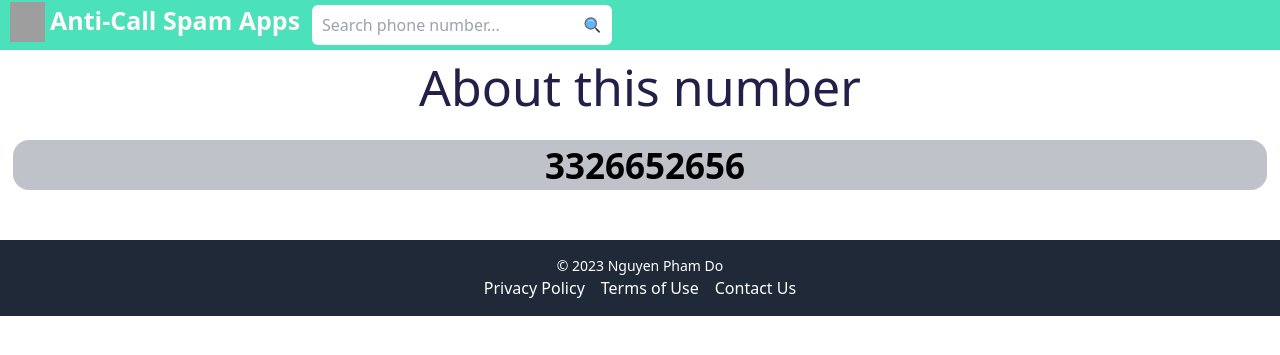
Repository: NPham1402/Web-user-callSpamBlocker
Page: /detail
An editor plug-in stored every save of this project. The page is shown before and after the next save, followed by the edit.
The browser window is 1280 px wide. The pictures show the whole page.
Pictures or frames that could not be fetched are drawn as grey boxes. The page's requests for data from a server got no answer. The project was rebuilt for these pictures with package versions that can differ from the ones it lists, and the page was loaded fresh each time. The framework's server and built-in components were replaced by stand-ins that run in the browser. No one was signed in, and anything a server would have sent is missing. Also part of the build but not shown: next.config.js.

Above is the page before, as saved 2023-02-13 15:50:36.

After the next save:
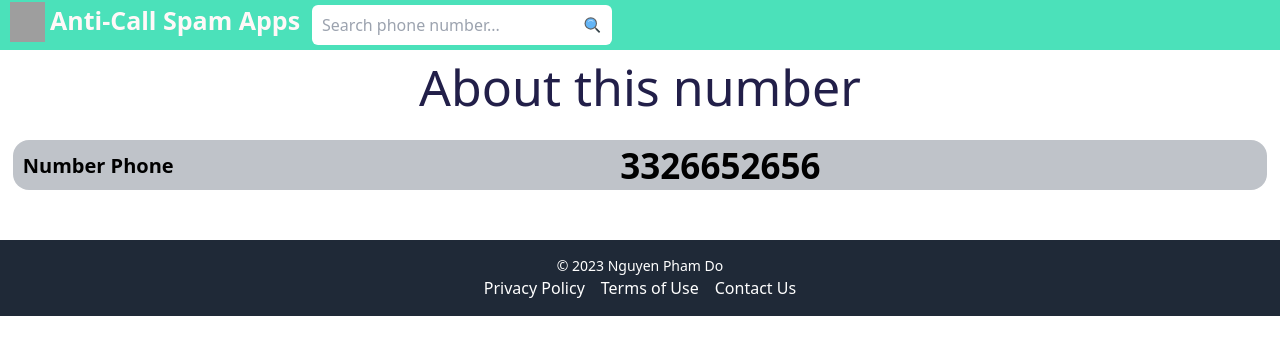
Saved 13 s later.
--- a/pages/components/miniCompoent.js
+++ b/pages/components/miniCompoent.js
@@ -4,7 +4,7 @@ export default function MiniCompoent(props) {
   return props.types == "line" ? (
     <div className="flex flex-row">
       <p className="text-[20px] font-semibold ml-[10px]  my-auto align-text-bottom">
-        {props.headerLines}
+        {props.headerLine}
       </p>
       <p className="text-[35px] m-auto font-bold">{props.contents}</p>
     </div>
